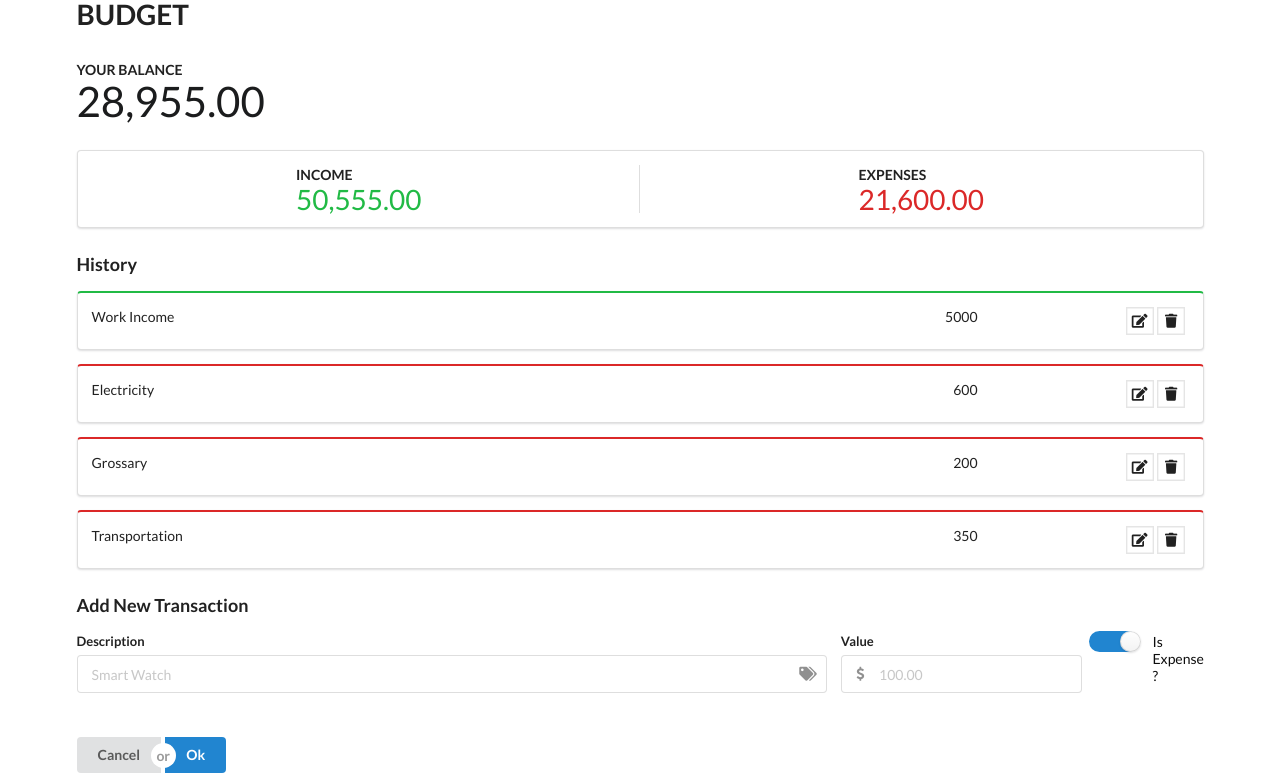
Repository: farrdy/budgets-react
Page: /
These files come from the project's save history. The page is drawn as it stood at one moment and after the next save; the edit follows.
The browser window is 1280 px wide. The pictures show the whole page.
The project was rebuilt for these pictures with package versions that can differ from the ones it lists, and the page was loaded fresh each time.

Above is the page before, as saved 2022-03-29 16:27:47.

After the next save:
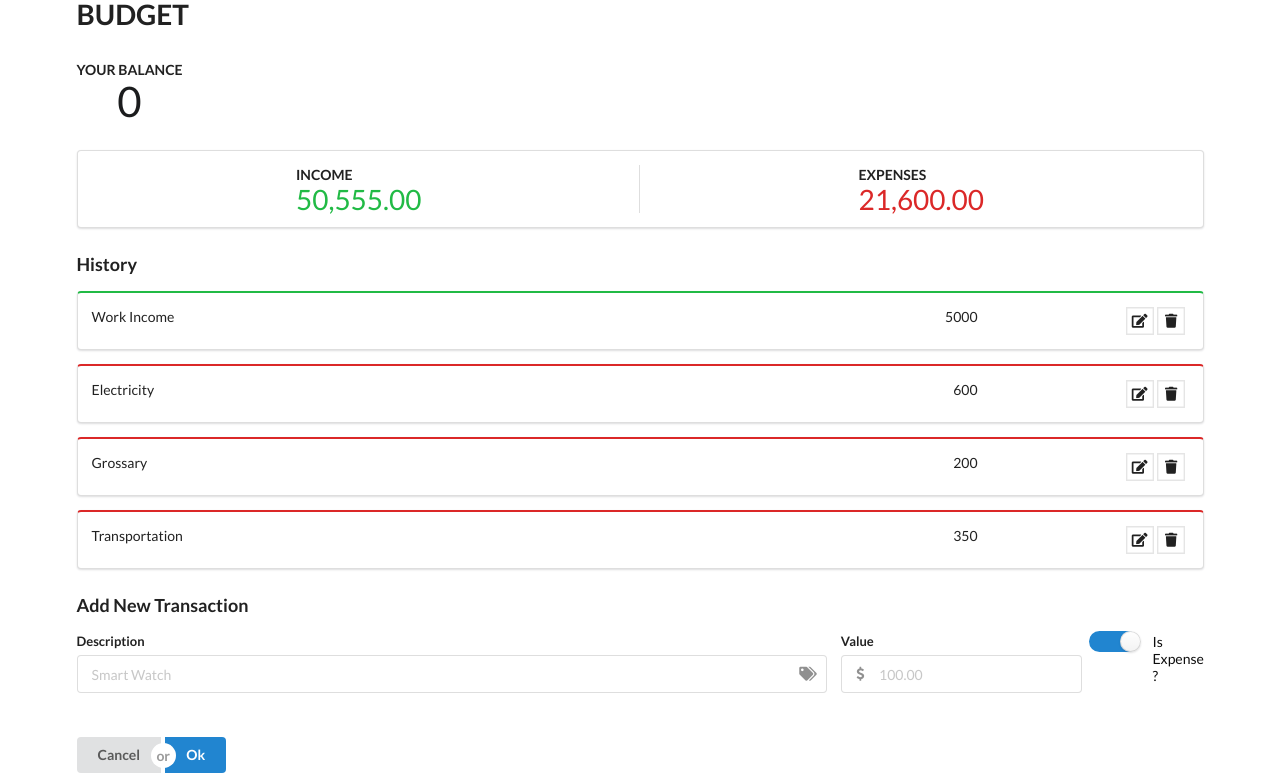
Saved 9 min 34 s later.
--- a/src/App.js
+++ b/src/App.js
@@ -36,14 +36,16 @@ function App() {
     entries.map((entry) => {
       if (entry.isExpense) {
         totalExpenses += entry.Value;
-        setTotalExpense(totalExpenses);
+
         return totalExpenses;
       } else {
         totalIncomes += entry.Value;
-        setTotalIncome(totalIncomes);
+
         return totalIncomes;
       }
     });
+    setTotalExpense(totalExpenses);
+    setTotalIncome(totalIncomes);
     setTotal(totalIncome - totalExpense);
   }, [entries]);
 
@@ -89,7 +91,7 @@ function App() {
       <MainHeader />
       <DisplayBalance
         title="Your Balance"
-        Value="28,955.00"
+        Value={total}
         Color="black"
         size="small"
       />
